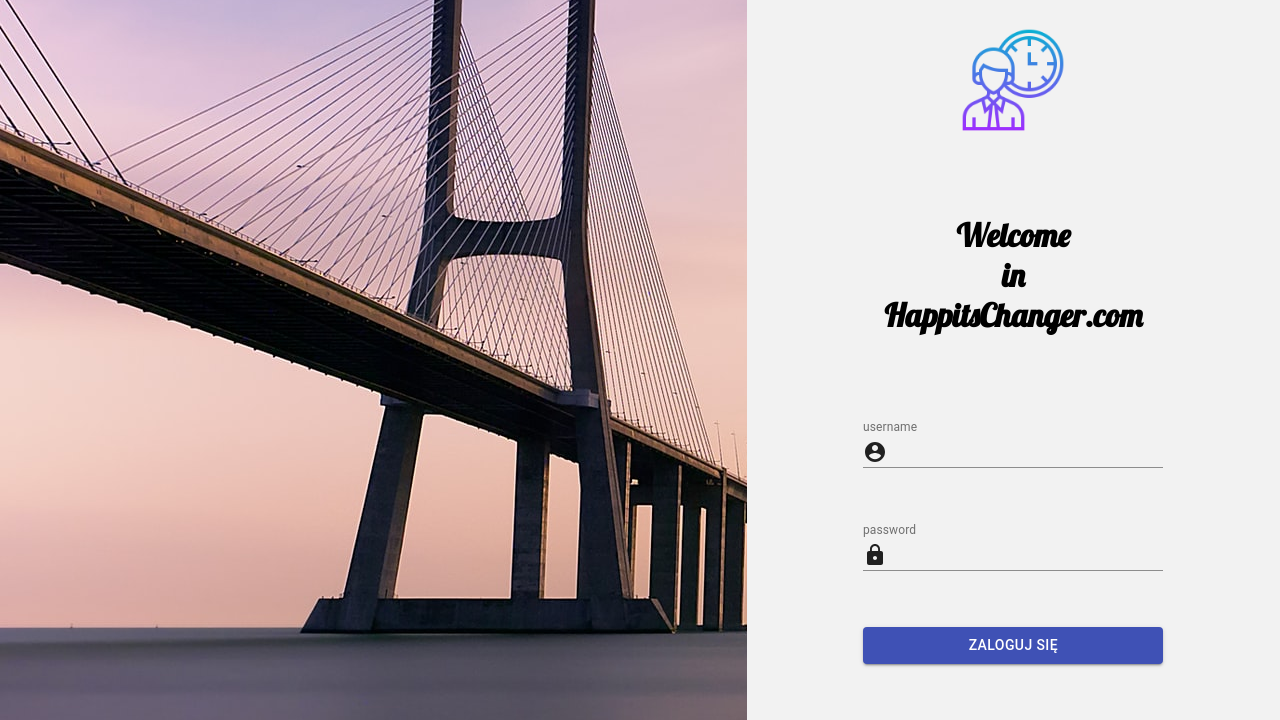
Repository: pgruca96/HappitsChanger
Page: /
An editor plug-in stored every save of this project. The page is shown before and after the next save, followed by the edit.
The browser window is 1280 px wide. The pictures show the whole page.
The project was rebuilt for these pictures with package versions that can differ from the ones it lists, and the page was loaded fresh each time. Also part of the build but not shown: src/containers/mainPage/index.js.

Above is the page before, as saved 2020-11-01 21:45:33.

After the next save:
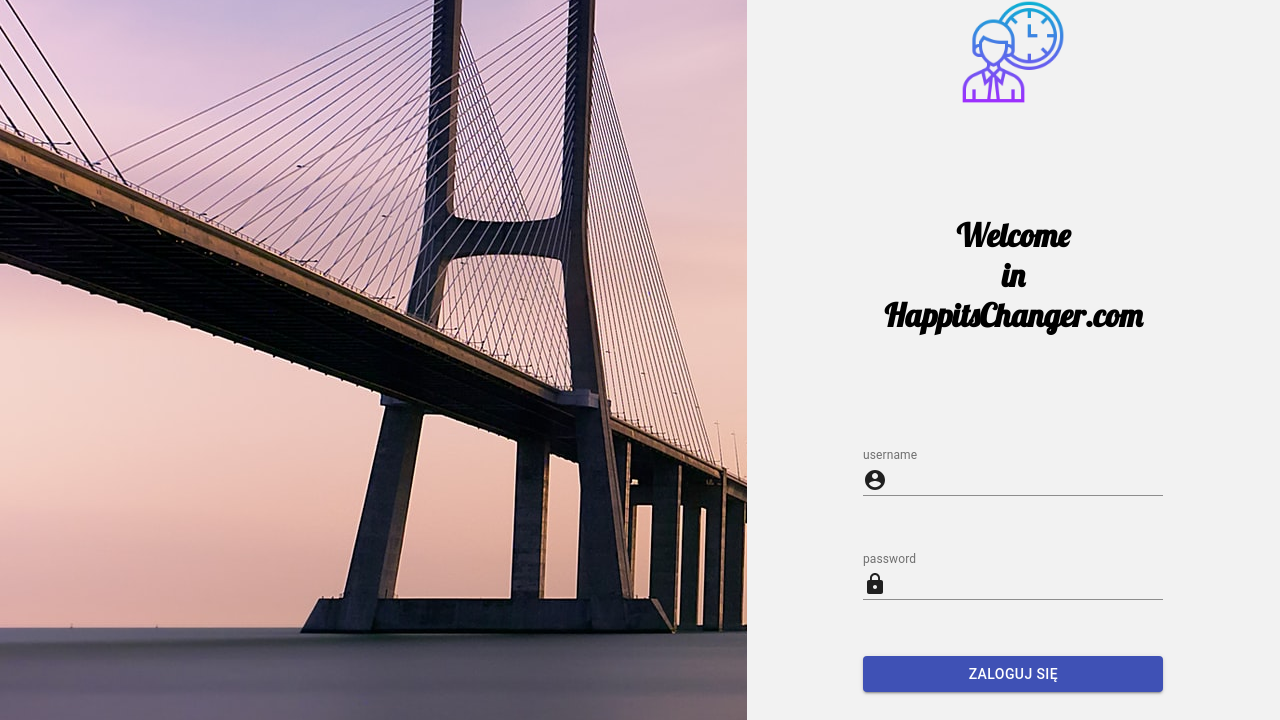
Saved 24 s later.
--- a/src/containers/loginPage/index.js
+++ b/src/containers/loginPage/index.js
@@ -19,7 +19,7 @@
               height={1}
               display="flex"
               flexDirection="column"
-              justifyContent="space-around"
+              justifyContent="space-between"
               // alignItems="space-around"
             >
               <LogoContainer>

After the save that followed:
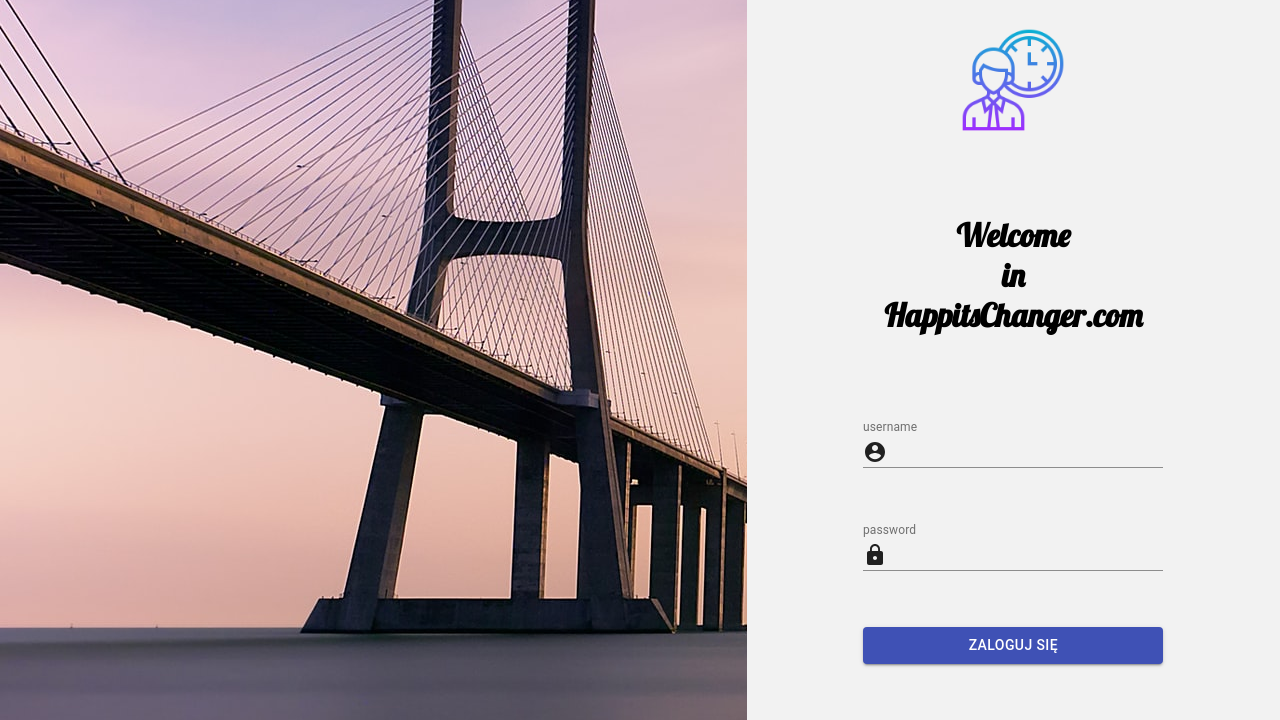
Saved 7 s later.
--- a/src/containers/loginPage/index.js
+++ b/src/containers/loginPage/index.js
@@ -19,7 +19,7 @@
               height={1}
               display="flex"
               flexDirection="column"
-              justifyContent="space-between"
+              justifyContent="space-around"
               // alignItems="space-around"
             >
               <LogoContainer>
